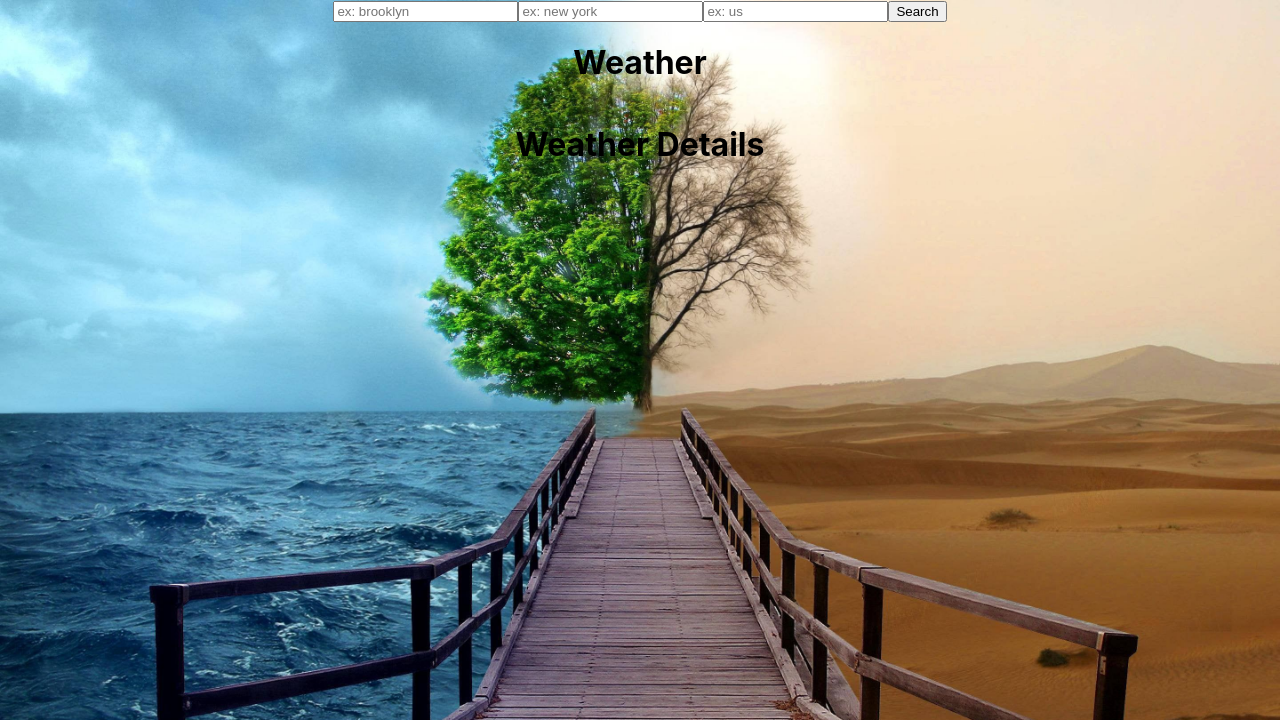
Repository: Mohsin231/Weather_App
Page: /
The author's editor kept a copy of each file at every save. The page is drawn from the files as they stood at one save, then again after the next save.
The browser window is 1280 px wide. The pictures show the whole page.
The project was rebuilt for these pictures with package versions that can differ from the ones it lists, and the page was loaded fresh each time.

Above is the page before, as saved 2021-01-25 04:15:58.

After the next save:
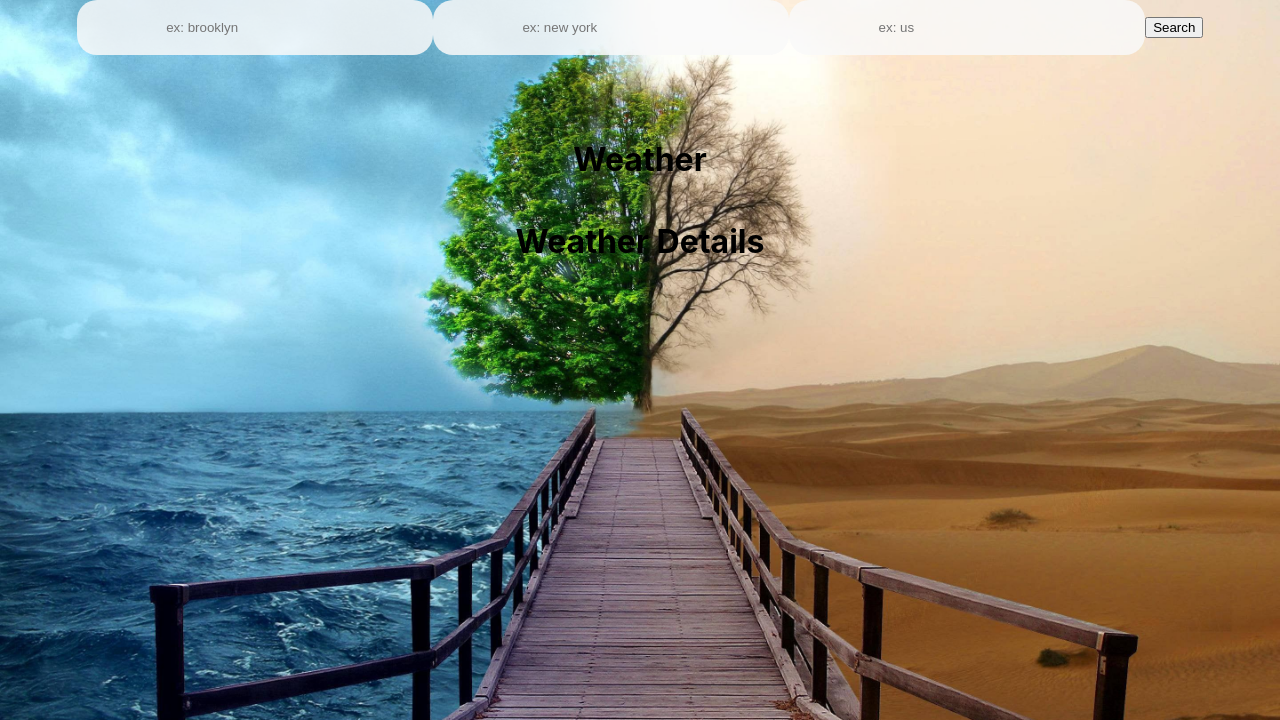
Saved 38 s later.
--- a/src/Components/SearchForm.js
+++ b/src/Components/SearchForm.js
@@ -1,5 +1,6 @@
 import React, {useEffect} from 'react';
 import WeatherDetails from './WeatherDetails';
+import '../SearchForm.css';
 //search
 
 
